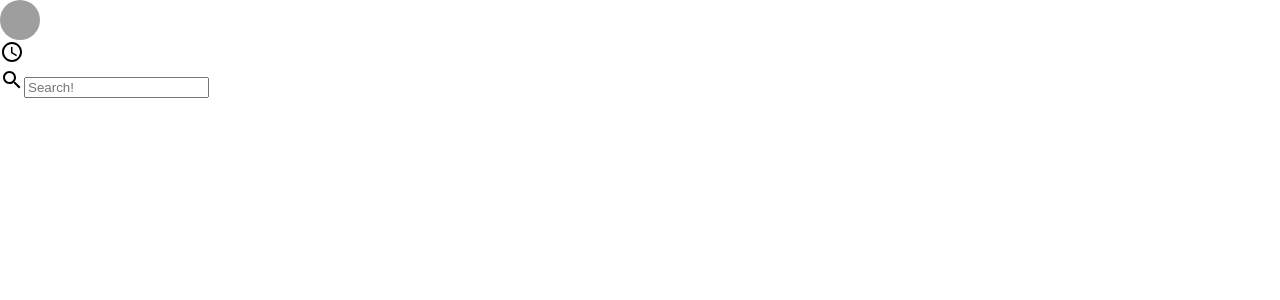
Repository: mminhaz93/React-Slack-Clone
Page: /
An editor plug-in stored every save of this project. The page is shown before and after the next save, followed by the edit.
The browser window is 1280 px wide. The pictures show the whole page.
Pictures or frames that could not be fetched are drawn as grey boxes. The project was rebuilt for these pictures with package versions that can differ from the ones it lists, and the page was loaded fresh each time. Also part of the build but not shown: src/App.css, src/Header.css.

Above is the page before, as saved 2020-08-13 20:00:05.

### src/App.js
import React from 'react';
import './App.css';
import Header from "./Header"

function App() {
  return (
    <div className="App">
      <Header />
    </div>
  );
}

export default App;

### src/Header.js
import React from "react";
import "./Header.css";
import { Avatar } from "@material-ui/core";
import { AccessTime, Search } from "@material-ui/icons";

const Header = () => {
  return (
    <div className="header">
      <div className="headerLeft">
        <Avatar className="headerAvatar" alt="Safak" src="safak" />
        <AccessTime />
      </div>
      <div className="headerSearch"></div>
      <Search />
      <input placeholder="Search!"/>
      <div className="headerRight"></div>
    </div>
  );
};

export default Header;

Loaded but not shown: public/index.html (common file); src/index.js (common file); src/index.css (common file); src/serviceWorker.js (common file)

After the next save:
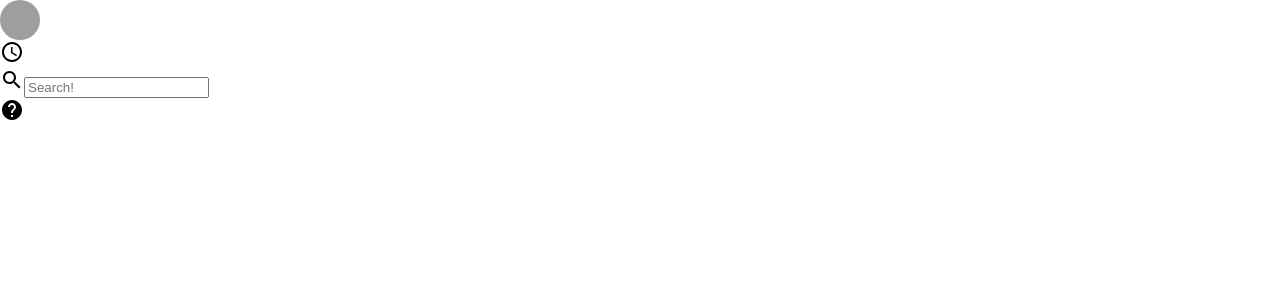
Saved 38 s later.
--- a/src/Header.js
+++ b/src/Header.js
@@ -1,7 +1,7 @@
 import React from "react";
 import "./Header.css";
 import { Avatar } from "@material-ui/core";
-import { AccessTime, Search } from "@material-ui/icons";
+import { AccessTime, Search, Help } from "@material-ui/icons";
 
 const Header = () => {
   return (
@@ -12,8 +12,10 @@
       </div>
       <div className="headerSearch"></div>
       <Search />
-      <input placeholder="Search!"/>
-      <div className="headerRight"></div>
+      <input placeholder="Search!" />
+      <div className="headerRight">
+        <Help />
+      </div>
     </div>
   );
 };
